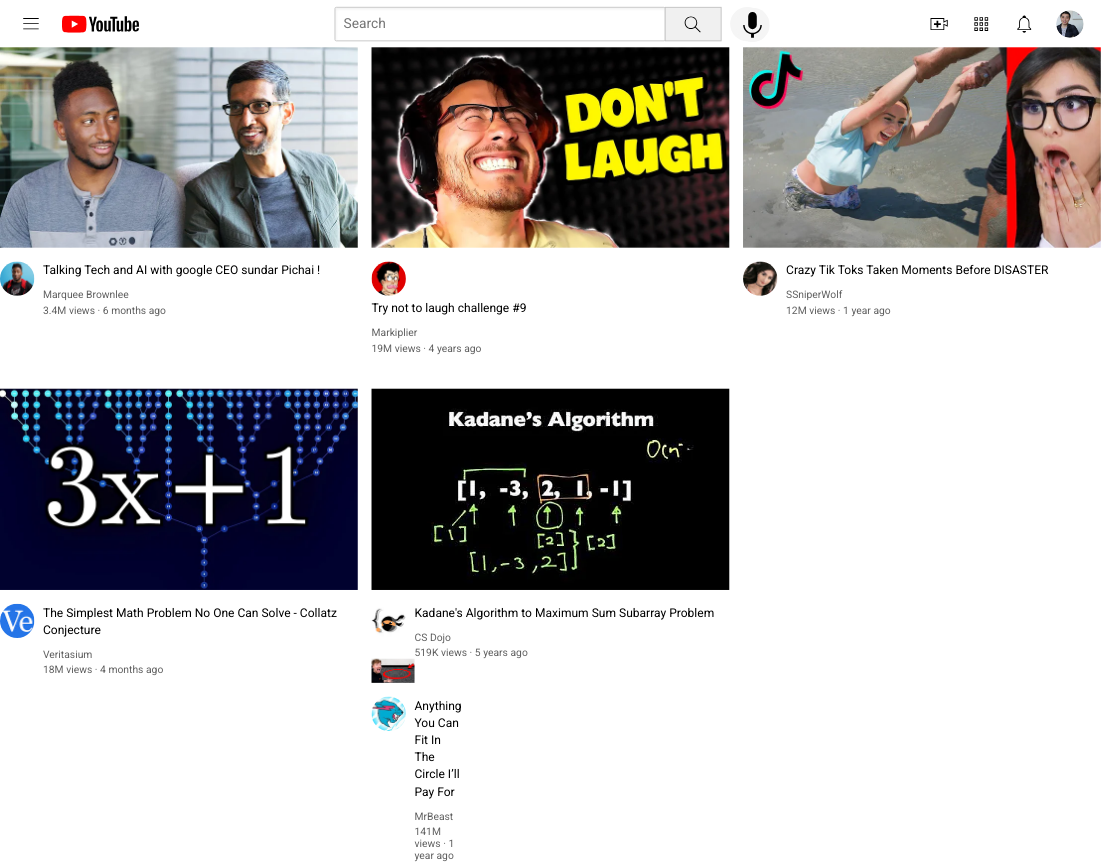
Repository: knowledgeAlan/html-css-thirteen
Page: youtube.html
An editor plug-in stored every save of this project. The page is shown before and after the next save, followed by the edit.
The browser window is 1280 px wide. The pictures show the whole page, at 86% of full size.

Above is the page before, as saved 2024-03-19 18:22:17.

After the next save:
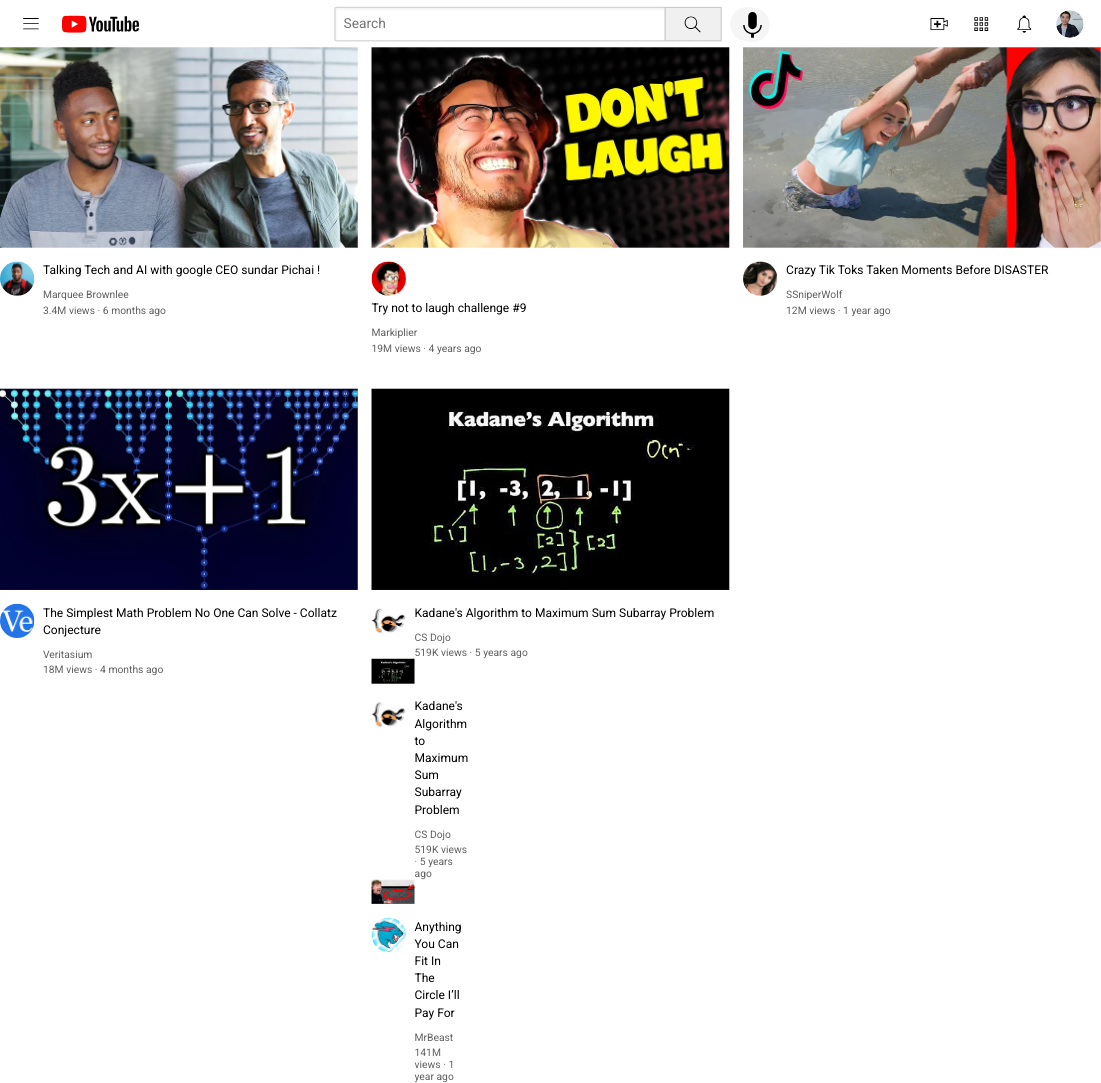
Saved 47 s later.
--- a/youtube.html
+++ b/youtube.html
@@ -193,6 +193,35 @@
               </div>
             </div>
 
+            <div class="video-preview">
+                <div class="thumbnail-row">
+                    <img class="thumbnail" src="thumbnails/thumbnail-5.webp">
+                </div>
+
+
+
+                    <div class="video-info-grid">
+                        <div class="channel-picture">
+                            <img class="profile-picture" src="channel-pictures/channel-5.jpeg">
+                        </div>
+
+                        <div class="video-info">
+
+                            <p class="video-title">
+                                Kadane's Algorithm to Maximum Sum Subarray Problem
+                            </p>
+
+                            <p class="video-author">
+                                CS Dojo
+                            </p>
+
+                            <p class="video-stats">
+                                519K views &#183; 5 years ago
+                            </p>
+                        <div>
+
+              </div>
+            </div>
 
 
             <div class="video-preview">
